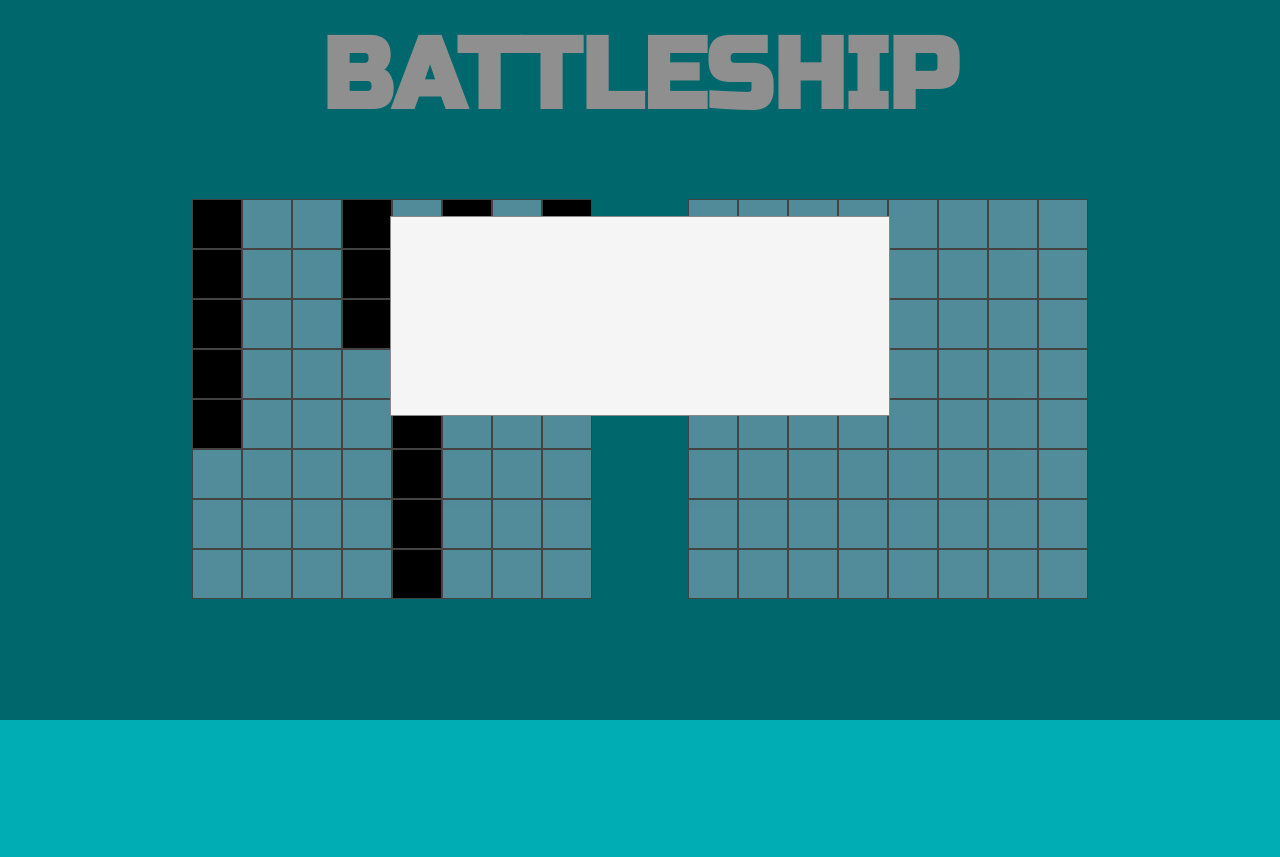
Repository: AzharMoosa/battleship
Page: /
These files come from the project's save history. The page is drawn as it stood at one moment and after the next save; the edit follows.
The browser window is 1280 px wide. The pictures show the whole page.
The project was rebuilt for these pictures with package versions that can differ from the ones it lists, and the page was loaded fresh each time.

Above is the page before, as saved 2020-07-09 10:01:45.

### src/App.js
import React from "react";
import Header from "./components/Header";
import Board from "./components/Board";
import { PlayersProvider } from "./context/PlayersContext";
import "./App.css";
import PlaceShip from "./components/PlaceShip";

function App() {
  return (
    <PlayersProvider>
      <div>
        <Header />
        <Board />
        <PlaceShip />
      </div>
    </PlayersProvider>
  );
}

export default App;

### src/components/Header.js
import React from "react";

const Header = () => {
  return (
    <div className='header'>
      <h1>Battleship</h1>
    </div>
  );
};

export default Header;

### src/components/Board.js
import React, { useState } from "react";
import Square from "./Square";
import PlainSquare from "./PlainSquare";
import Player from "../functions/Player";
import Gameboard from "../functions/Gameboard";
import Overlay from "./Overlay";
import HitMiss from "./HitMiss";
import { v4 as uuidv4 } from "uuid";

const Board = () => {
  // eslint-disable-next-line
  const [player, setPlayer] = useState(Player(false));
  // eslint-disable-next-line
  const [computer, setComputer] = useState(Player(true));
  const [playerBoard, setPlayerBoard] = useState(Gameboard());
  const [computerBoard, setComputerBoard] = useState(Gameboard());
  const [playerTurn, setPlayerTurn] = useState(true);

  const getOutcome = (hit) => {
    let outcome = document.querySelector(".hit-miss-outcome");
    if (hit === true) {
      outcome.innerHTML = "Hit!";
    } else {
      outcome.innerHTML = "Miss!";
    }
  };

  const startGame = () => {
    playerBoard.placeShip(0, 0, player.ships[0], 1);
    playerBoard.placeShip(4, 4, player.ships[1], 1);
    playerBoard.placeShip(3, 0, player.ships[2], 1);
    playerBoard.placeShip(5, 0, player.ships[3], 1);
    playerBoard.placeShip(7, 0, player.ships[4], 1);

    computerBoard.placeShip(0, 0, computer.ships[0], 0);
    computerBoard.placeShip(4, 2, computer.ships[1], 0);
    computerBoard.placeShip(0, 3, computer.ships[2], 0);
    computerBoard.placeShip(3, 5, computer.ships[3], 0);
    computerBoard.placeShip(0, 7, computer.ships[4], 0);
  };

  const getBoardElm = (elm) => {
    if (elm !== "") {
      return "square ship";
    } else {
      return "square";
    }
  };

  const displayModal = (name) => {
    let modal = document.querySelector(".modal");
    let title = document.querySelector(".winner-name");
    let overlay = document.querySelector(".overlay");
    modal.style.display = "block";
    overlay.style.display = "none";
    if (name === "Computer") {
      title.innerHTML = "Computer Wins";
    } else if (name === "Player") {
      title.innerHTML = "Player Wins";
    }
  };

  const resetGame = () => {
    setPlayer(Player(false));
    setComputer(Player(true));
    setPlayerBoard(Gameboard());
    setComputerBoard(Gameboard());
    setPlayerTurn(true);
    let modal = document.querySelector(".modal");
    let overlay = document.querySelector(".overlay");
    let outcome = document.querySelector(".hit-miss-outcome");
    modal.style.display = "none";
    overlay.style.display = "grid";
    outcome.innerHTML = "";
  };

  const gameOver = () => {
    if (playerBoard.allShipSunk(player.ships)) {
      displayModal("Computer");
    } else if (computerBoard.allShipSunk(computer.ships)) {
      displayModal("Player");
    }
  };

  const attackComputer = (e) => {
    if (playerTurn === true) {
      let updatedBoard = computerBoard;
      // Get Coord
      let coords = e.target.id.split(",");
      let x = coords[1];
      let y = coords[0];
      player.attackEnemy(updatedBoard, parseInt(x), parseInt(y));
      if (computerBoard.grid[x][y] === "") {
        e.target.classList.add("ship-miss");
        getOutcome(false);
      } else {
        e.target.classList.add("ship-hit");
        getOutcome(true);
      }
      setComputerBoard(updatedBoard);
      setPlayerTurn(false);
    }
    computerTurn();
  };

  const computerTurn = () => {
    if (playerTurn === true) {
      let updatedBoard = playerBoard;
      let randomCoords = computer.getRandomCoords();
      let square = document.getElementById(randomCoords);
      let coords = randomCoords.split(",");
      let x = coords[1];
      let y = coords[0];
      computer.computerAttack(updatedBoard, x, y);
      if (playerBoard.grid[x][y] === "") {
        square.classList.add("ship-miss");
      } else {
        square.classList.add("ship-hit");
      }
      gameOver();
      setPlayerBoard(updatedBoard);
      setPlayerTurn(true);
    }
  };

  return (
    <div className='container'>
      <HitMiss />
      <div className='game-boards'>
        {startGame()}
        <div className='game-board'>
          {playerBoard.grid.map((col, j) =>
            col.map((elm, i) => (
              <Square
                key={uuidv4()}
                elm={elm}
                getBoardElm={getBoardElm}
                id={`${i},${j}`}
              />
            ))
          )}
        </div>

        <div className='comp'>
          <div className='game-board comp-board'>
            {computerBoard.grid.map((col, j) =>
              col.map((elm, i) => (
                <Square
                  key={uuidv4()}
                  elm={elm}
                  getBoardElm={getBoardElm}
                  attackComputer={attackComputer}
                  id={`${i},${j}`}
                />
              ))
            )}
          </div>
          <div className='overlay game-board'>
            {computerBoard.grid.map((col, j) =>
              col.map((elm, i) => <PlainSquare key={uuidv4()} />)
            )}
          </div>
        </div>
      </div>
      <Overlay resetGame={resetGame} />
    </div>
  );
};

export default Board;

### src/context/PlayersContext.js
import React, { useState, createContext } from "react";
import Player from "../functions/Player";
import Gameboard from "../functions/Gameboard";

export const PlayersContext = createContext();

export const PlayersProvider = (props) => {
  const [players, usePlayers] = useState([
    // Player
    {
      player: Player(false),
      board: Gameboard(),
    },
    // Computer
    {
      player: Player(true),
      board: Gameboard(),
    },
  ]);

  return (
    <PlayersContext.Provider value={[players, usePlayers]}>
      {props.children}
    </PlayersContext.Provider>
  );
};

### src/App.css
@import url("https://fonts.googleapis.com/css2?family=Russo+One&display=swap");

:root {
  --bg-primary: #00adb5;
  --bg-light: #eeeeee;
  --bg-dark: #222831;
}

* {
  margin: 0;
  padding: 0;
  box-sizing: border-box;
}

body {
  font-family: "Russo One", sans-serif;
  background-color: var(--bg-primary);
}

.header {
  text-align: center;
}

.header h1 {
  color: var(--bg-light);
  font-size: 100px;
  text-transform: uppercase;
  margin-top: 1rem;
}

.game-boards {
  display: flex;
  align-items: center;
  justify-content: space-between;
  width: 70%;
  height: 55vh;
  margin: 3rem auto;
}

.game-board {
  display: grid;
  grid-template-columns: repeat(8, 1fr);
  width: 400px;
  height: 400px;
}

.square {
  border: 1px solid #707070;
  background-color: rgb(136, 231, 255);
  width: 50px;
  height: 50px;
  pointer-events: auto !important;
  cursor: pointer;
}

.plain-square {
  border: 1px solid #707070;
  background-color: rgb(136, 231, 255);
  width: 50px;
  height: 50px;
  pointer-events: none !important;
  cursor: pointer;
}

.ship {
  background-color: #000;
}

.ship-hit {
  background-color: rgb(255, 77, 77) !important;
  pointer-events: none !important;
}

.ship-miss {
  background-color: #fff !important;
  pointer-events: none !important;
}

.comp {
  display: grid;
}

.comp-board,
.overlay {
  grid-area: 1 / 1;
}

.container {
  display: flex;
  flex-direction: column;
  height: 100vh;
}

.overlay {
  pointer-events: none;
}

.start {
  /* display: none; */
  position: fixed;
  z-index: 1;
  left: 0;
  top: 0;
  width: 100%;
  height: 100%;
  background-color: rgb(0, 0, 0);
  background-color: rgba(0, 0, 0, 0.4);
}

.start-content {
  background-color: #f5f5f5;
  margin: 30vh auto;
  padding: 20px;
  border: 1px solid #888;
  width: 500px;
  height: 200px;
  display: flex;
  flex-direction: column;
  align-items: center;
  justify-content: center;
}

.modal {
  display: none;
  position: fixed;
  z-index: 1;
  left: 0;
  top: 0;
  width: 100%;
  height: 100%;
  background-color: rgb(0, 0, 0);
  background-color: rgba(0, 0, 0, 0.4);
}

.modal-content-results {
  background-color: #f5f5f5;
  margin: 30vh auto;
  padding: 20px;
  border: 1px solid #888;
  width: 400px;
  height: 200px;
  display: flex;
  flex-direction: column;
  align-items: center;
  justify-content: center;
}

.winner-name {
  text-align: center;
  margin-bottom: 2rem;
  font-size: 40px;
}

.btn-primary {
  background-color: var(--bg-dark);
  color: #fff;
  width: 150px;
  height: 50px;
  font-size: 20px;
  border: none;
  outline: none;
  font-family: "Russo One", sans-serif;
  border-radius: 20px;
  cursor: pointer;
}

.hit-miss {
  display: flex;
  align-items: center;
  justify-content: center;
  margin-top: 1rem;
}

.hit-miss-outcome {
  color: #fff;
  font-size: 50px;
}

@media (min-width: 1700px) {
  .game-boards {
    height: 70vh;
    width: 80%;
  }

  .game-board {
    width: 650px;
    height: 650px;
  }

  .square,
  .plain-square {
    width: 81.25px;
    height: 81.25px;
  }
}

@media (max-width: 1200px) {
  .game-boards {
    height: 70vh;
    width: 80%;
    display: flex;
    flex-direction: column;
  }

  .game-board {
    width: 500px;
    height: 500px;
  }

  .comp {
    margin-top: 3rem;
  }

  .square,
  .plain-square {
    width: 62.5px;
    height: 62.5px;
  }
}

@media (max-width: 768px) {
  .header h1 {
    font-size: 60px;
  }

  .game-boards {
    width: 80%;
    display: flex;
    flex-direction: column;
  }

  .game-board {
    width: 400px;
    height: 400px;
  }

  .comp {
    margin-top: 3rem;
  }

  .square,
  .plain-square {
    width: 50px;
    height: 50px;
  }
}

@media (max-width: 414px) {
  .header h1 {
    font-size: 40px;
  }

  .game-boards {
    width: 70%;
    display: flex;
    flex-direction: column;
  }

  .game-board {
    width: 300px;
    height: 300px;
  }

  .comp {
    margin-top: 3rem;
  }

  .square,
  .plain-square {
    width: 37.5px;
    height: 37.5px;
  }

  .modal-content-results {
    width: 300px;
  }

  .winner-name {
    font-size: 35px;
  }

  .btn-primary {
    background-color: var(--bg-dark);
    color: #fff;
    width: 150px;
    height: 50px;
    font-size: 20px;
    border: none;
    outline: none;
    font-family: "Russo One", sans-serif;
    border-radius: 20px;
    cursor: pointer;
  }
}

@media (max-width: 375px) {
  .header h1 {
    font-size: 35px;
  }

  .game-boards {
    width: 70%;
    display: flex;
    flex-direction: column;
  }

  .game-board {
    width: 280px;
    height: 280px;
  }

  .comp {
    margin-top: 3rem;
  }

  .square,
  .plain-square {
    width: 35px;
    height: 35px;
  }
}

@media (max-width: 320px) {
  .modal-content-results {
    width: 250px;
  }

  .winner-name {
    font-size: 30px;
  }
}

### src/components/PlaceShip.js
import React from "react";

const PlaceShip = () => {
  return (
    <div className='start'>
      <div className='start-content'></div>
    </div>
  );
};

export default PlaceShip;

### src/components/Square.js
import React from "react";

const Square = ({ elm, attackComputer, getBoardElm, id }) => {
  return (
    <div className={getBoardElm(elm)} id={id} onClick={attackComputer}></div>
  );
};

export default Square;

### src/components/PlainSquare.js
import React from "react";

const PlainSquare = () => {
  return <div className='plain-square'></div>;
};

export default PlainSquare;

### src/functions/Player.js
import Ship from "./Ship";

const Player = (ai) => {
  let previousShots = [];

  // Create Ships
  let carrier = Ship("Carrier", 5);
  let battleship = Ship("Battleship", 4);
  let cruiser = Ship("Cruiser", 3);
  let submarine = Ship("Submarine", 3);
  let destroyer = Ship("Destroyer", 2);
  let ships = [carrier, battleship, cruiser, submarine, destroyer];

  const attackEnemy = (enemyBoard, x, y) => {
    if (!previousShots.includes([x, y])) {
      enemyBoard.receiveAttack(x, y);
      previousShots.push([parseInt(x), parseInt(y)]);
      return true;
    }
    return false;
  };

  const checkCoord = (x, y) => {
    previousShots.forEach((coords) => {
      if (
        parseInt(coords[1]) === parseInt(x) &&
        parseInt(coords[0]) === parseInt(y)
      ) {
        return true;
      }
    });
    return false;
  };

  const getRandomCoords = (gameboard) => {
    let maximum = 7;
    let minimum = 0;
    let x = 0;
    let y = 0;

    do {
      x = Math.floor(Math.random() * (maximum - minimum + 1)) + minimum;
      y = Math.floor(Math.random() * (maximum - minimum + 1)) + minimum;
    } while (checkCoord(x, y));
    return `${x},${y}`;
  };

  const computerAttack = (enemyBoard, x, y) => {
    enemyBoard.receiveAttack(x, y);
    previousShots.push([x, y]);
  };

  return { previousShots, ships, attackEnemy, computerAttack, getRandomCoords };
};

export default Player;

### src/functions/Gameboard.js
const Gameboard = () => {
  let previousShots = [];
  const grid = new Array(8).fill("");
  for (let i = 0; i < grid.length; i++) {
    grid[i] = new Array(8).fill("");
  }

  const getGrid = () => {
    return grid;
  };

  const getPreviousShots = () => {
    return previousShots;
  };

  const placeShip = (x, y, ship, orientation) => {
    // Horizontal Orientation = 0
    // Vertical Orientation = 1

    // Check If Ship Fits
    let shipLength = ship.length;

    if (orientation === 0) {
      for (let i = x; i < x + ship.length; i++) {
        if (grid[y][i] !== "" || x + shipLength > 8) {
          return false;
        }
        grid[y][i] = ship;
        ship.setShipCoords(y, i);
      }
    } else if (orientation === 1) {
      for (let i = y; i < y + ship.length; i++) {
        if (grid[i][x] !== "" || y + shipLength > 8) {
          return false;
        }
        grid[i][x] = ship;
        ship.setShipCoords(i, x);
      }
    }
    return true;
  };

  const flatten = (arr) => {
    return arr.join(" |-| ");
  };

  const receiveAttack = (x, y) => {
    // Check if ship is at position
    if (grid[x][y] !== "") {
      let ship = grid[x][y];
      let shipCoords = ship.getShipCoords();
      let arrSearch = shipCoords.map((row) => {
        return flatten(row);
      });
      let pos = arrSearch.indexOf(flatten([x, y]));
      if (!ship.isHit(pos)) {
        ship.hit(pos);
        return true;
      }
    }
    previousShots.push([x, y]);
    return false;
  };

  const allShipSunk = (ships) => {
    for (let i = 0; i < ships.length; i++) {
      if (!ships[i].isSunk()) {
        return false;
      }
    }

    return true;
  };

  return {
    grid,
    previousShots,
    getGrid,
    placeShip,
    receiveAttack,
    getPreviousShots,
    allShipSunk,
  };
};

export default Gameboard;

### src/components/Overlay.js
import React from "react";

const Overlay = ({ resetGame }) => {
  return (
    <div className='modal'>
      <div className='modal-content-results'>
        <h1 className='winner-name'>Player Wins</h1>
        <button className='btn-primary' onClick={resetGame}>
          Restart
        </button>
      </div>
    </div>
  );
};

export default Overlay;

### src/components/HitMiss.js
import React from "react";

const HitMiss = () => {
  return (
    <div className='hit-miss'>
      <h1 className='hit-miss-outcome'>{}</h1>
    </div>
  );
};

export default HitMiss;

### src/functions/Ship.js
const Ship = (name, length) => {
  // Fills ship with false
  const ship = new Array(length).fill(false);
  let shipCoords = [];

  // Hit
  const hit = (pos) => (ship[pos] = true);

  // If Ship Sunk
  const isSunk = () => {
    return ship.every((v) => v === true);
  };

  const isHit = (pos) => {
    return ship[pos] === true ? true : false;
  };

  // Returns ship
  const getShip = () => {
    return ship;
  };

  const setShipCoords = (x, y) => {
    shipCoords.push([x, y]);
  };

  const getShipCoords = () => {
    return shipCoords;
  };

  return {
    name,
    ship,
    length,
    hit,
    isSunk,
    isHit,
    getShip,
    setShipCoords,
    getShipCoords,
  };
};

export default Ship;

Loaded but not shown: public/index.html (common file); src/index.js (common file)

After the next save:
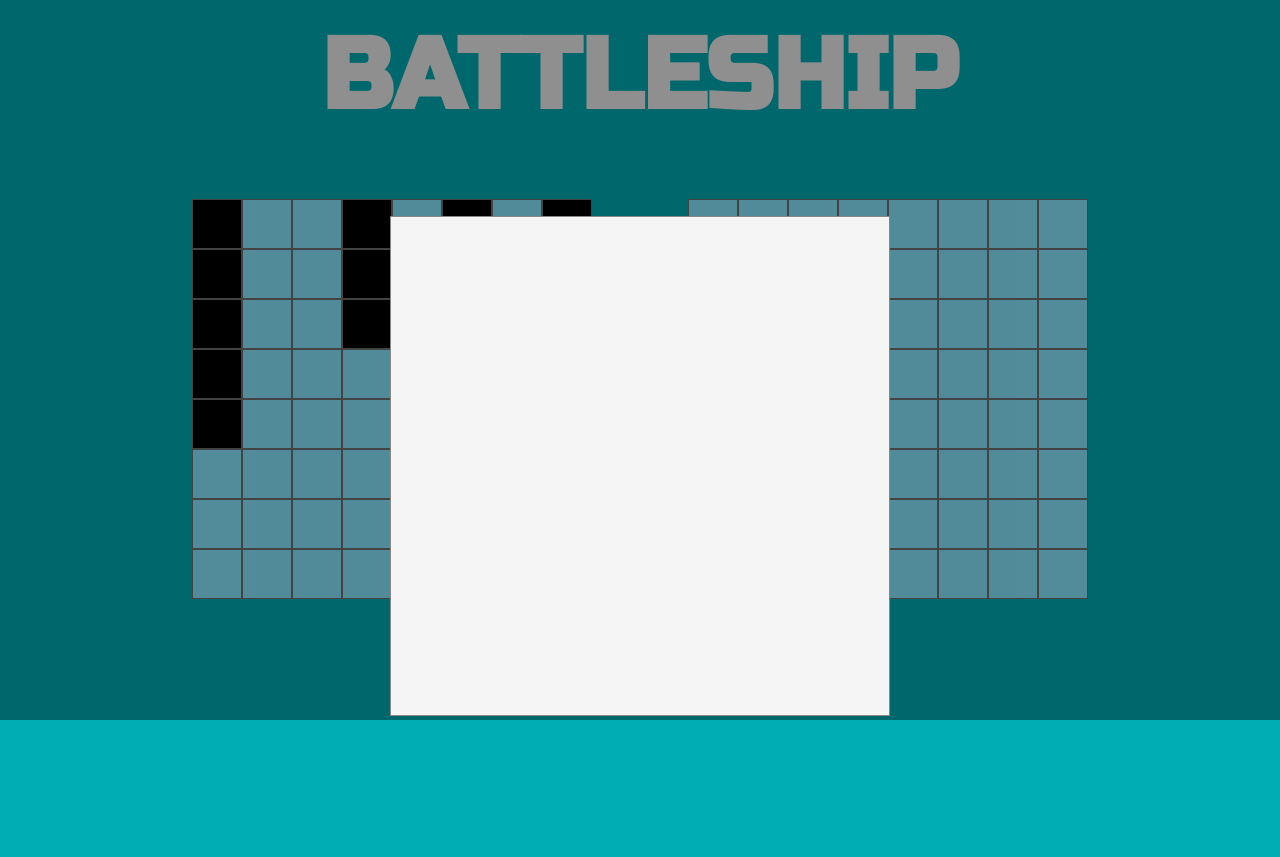
Saved 4 s later.
--- a/src/App.css
+++ b/src/App.css
@@ -113,7 +113,7 @@ body {
   padding: 20px;
   border: 1px solid #888;
   width: 500px;
-  height: 200px;
+  height: 500px;
   display: flex;
   flex-direction: column;
   align-items: center;
